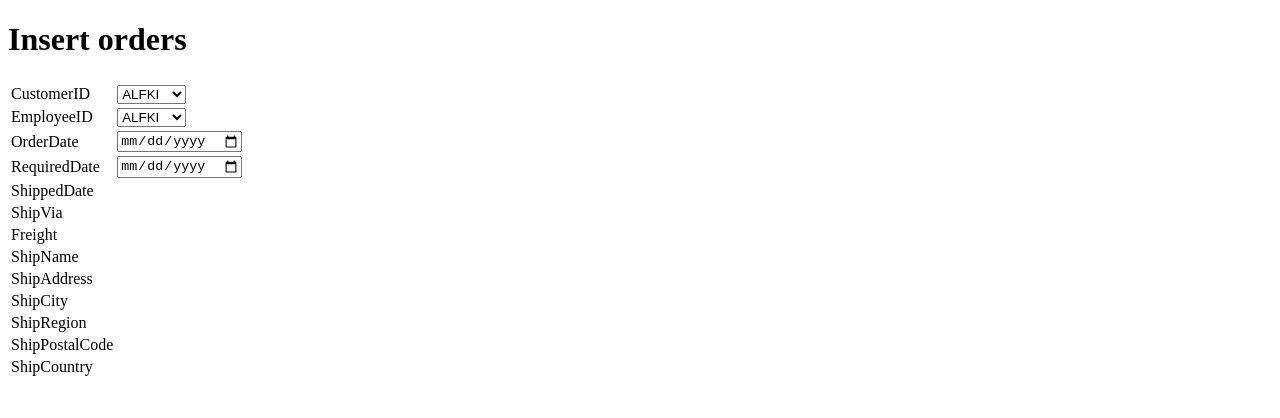
Repository: kaza1509/PRJ301
Page: SE1613/web/addOrder.html
These files come from the project's save history. The page is drawn as it stood at one moment and after the next save; the edit follows.
The browser window is 1280 px wide. The pictures show the whole page.

Above is the page before, as saved 2022-01-21 11:23:47.

After the next save:
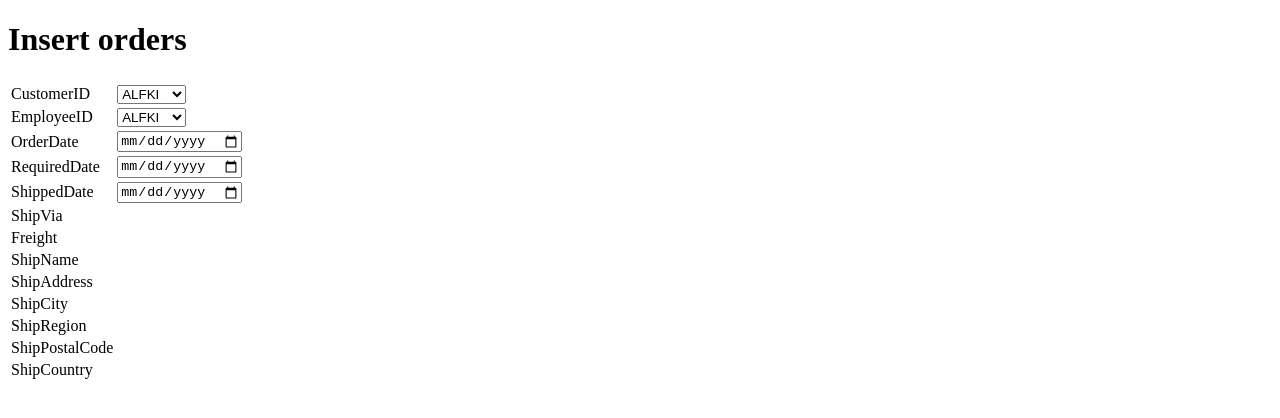
Saved 7 s later.
--- a/SE1613/web/addOrder.html
+++ b/SE1613/web/addOrder.html
@@ -48,7 +48,9 @@
                 </tr>
                 <tr>
                     <td>ShippedDate</td>
-                    <td></td>
+                    <td>
+                        <input type="date" name="requiredDate">
+                    </td>
                 </tr>
                 <tr>
                     <td>ShipVia</td>
